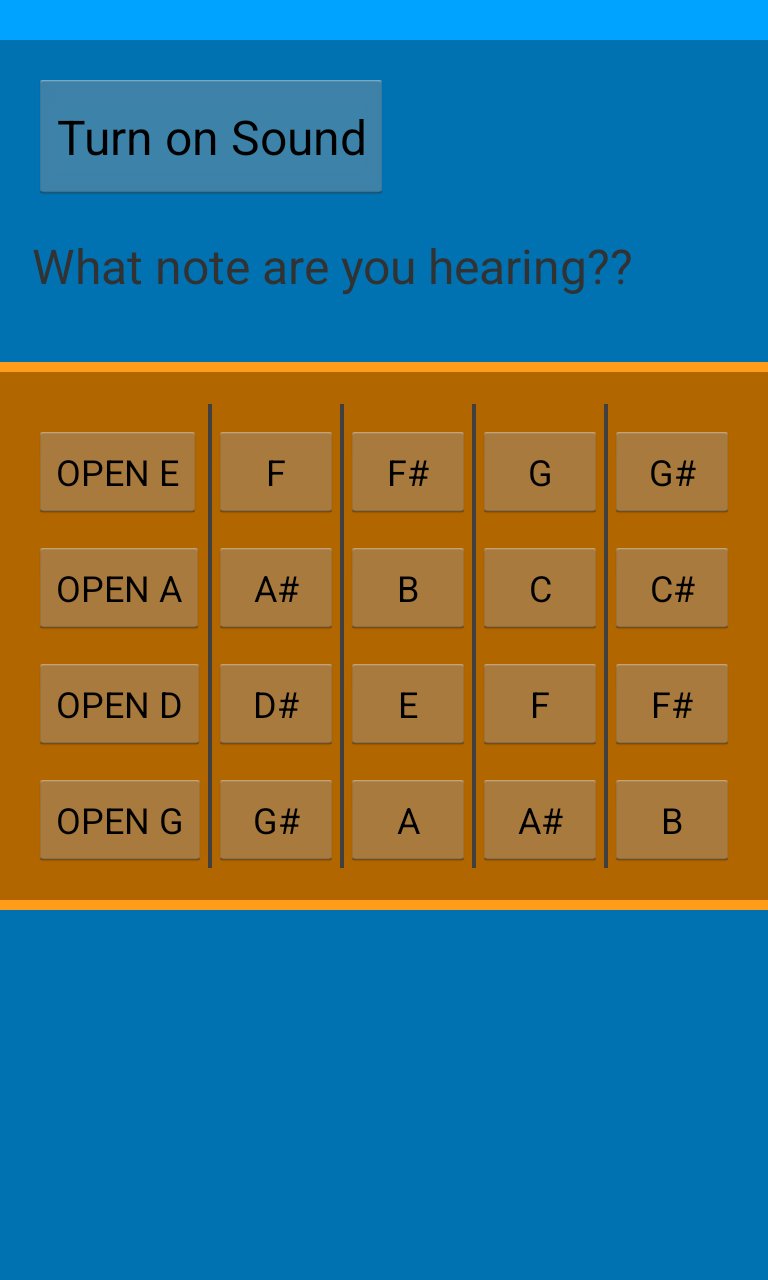
Repository: elliott-ribner/android-guitar-trainer
Layout: randomnotegenerator/res/layout/activity_main.xml
These files come from the project's save history. The layout is drawn as it stood at one moment and after the next save; the edit follows.
It is drawn on a 768 x 1280 px phone screen (xhdpi) without system bars, with theme AppTheme; the app's code is not run.

Above is the layout before, as saved 2014-06-09 01:06:18.

### randomnotegenerator/res/layout/activity_main.xml
<LinearLayout xmlns:android="http://schemas.android.com/apk/res/android"
    xmlns:tools="http://schemas.android.com/tools"
    android:layout_width="match_parent"
    android:layout_height="match_parent"
    android:background="#0072B2"
    android:orientation="vertical"
    tools:context="com.elliott.randomnotegenerator.MainActivity$PlaceholderFragment" >

    <LinearLayout
        android:layout_width="fill_parent"
        android:layout_height="20dip"
        android:background="#00A3FF"

        android:paddingBottom="@dimen/activity_vertical_margin"
        android:paddingLeft="@dimen/activity_horizontal_margin"
        android:paddingRight="@dimen/activity_horizontal_margin"
        android:paddingTop="@dimen/activity_vertical_margin" />
    <LinearLayout
        android:layout_width="fill_parent"
        android:layout_height="wrap_content"

        android:orientation="vertical"
        android:paddingBottom="@dimen/activity_vertical_margin"
        android:paddingLeft="@dimen/activity_horizontal_margin"
        android:paddingRight="@dimen/activity_horizontal_margin"
        android:paddingTop="@dimen/activity_vertical_margin" >

        <Button
            android:id="@+id/ButtonPlay"
            android:layout_width="wrap_content"
            android:layout_height="wrap_content"
            android:paddingBottom="@dimen/activity_vertical_margin"
            android:paddingTop="@dimen/activity_vertical_margin"
            android:text="@string/play"
            android:textSize="24sp" />

        <TextView
            android:id="@+id/promptBox"
            android:layout_width="wrap_content"
            android:layout_height="wrap_content"
            android:paddingBottom="@dimen/activity_vertical_margin"
            android:paddingTop="@dimen/activity_vertical_margin"
            android:text="@string/prompt"
            android:textSize="24sp" />
    </LinearLayout>
<LinearLayout
        android:layout_width="fill_parent"
        android:layout_height="5dip"
        android:background="#FF9C19"

        android:paddingBottom="@dimen/activity_vertical_margin"
        android:paddingLeft="@dimen/activity_horizontal_margin"
        android:paddingRight="@dimen/activity_horizontal_margin"
        android:paddingTop="@dimen/activity_vertical_margin" />

        <LinearLayout
            android:layout_width="fill_parent"
            android:layout_height="wrap_content"
             android:background="#B26600"
            android:orientation="horizontal"
            android:paddingBottom="@dimen/activity_vertical_margin"
        android:paddingLeft="@dimen/activity_horizontal_margin"
        android:paddingRight="@dimen/activity_horizontal_margin"
        android:paddingTop="@dimen/activity_vertical_margin"  >

            <LinearLayout
                android:layout_width="wrap_content"
                android:layout_height="wrap_content"
                android:orientation="vertical" >

                <Button
                    android:id="@+id/ButtonEL"
                    android:layout_width="wrap_content"
                    android:layout_height="wrap_content"
                    android:layout_marginTop="10dp"
                    android:text="@string/el" />

                <Button
                    android:id="@+id/ButtonAL"
                    android:layout_width="wrap_content"
                    android:layout_height="wrap_content"
                    android:layout_marginTop="10dp"
                    android:text="@string/al" />

                <Button
                    android:id="@+id/ButtonD"
                    android:layout_width="wrap_content"
                    android:layout_height="wrap_content"
                    android:layout_marginTop="10dp"
                    android:text="@string/d" />

                <Button
                    android:id="@+id/ButtonG"
                    android:layout_width="wrap_content"
                    android:layout_height="wrap_content"
                    android:layout_marginTop="10dp"
                    android:text="@string/g" />
            </LinearLayout>

            <View
                android:layout_width="2dip"
                android:layout_height="fill_parent"
                android:background="#404040" />

            <LinearLayout
                android:layout_width="wrap_content"
                android:layout_height="wrap_content"
                android:orientation="vertical" >

                <Button
                    android:id="@+id/ButtonFL"
                    android:layout_width="wrap_content"
                    android:layout_height="wrap_content"
                    android:layout_marginTop="10dp"
                    android:text="@string/fl" />

                <Button
                    android:id="@+id/ButtonASL"
                    android:layout_width="wrap_content"
                    android:layout_height="wrap_content"
                    android:layout_marginTop="10dp"
                    android:text="@string/asl" />

                <Button
                    android:id="@+id/ButtonDS"
                    android:layout_width="wrap_content"
                    android:layout_height="wrap_content"
                    android:layout_marginTop="10dp"
                    android:text="@string/ds" />

                <Button
                    android:id="@+id/ButtonGS"
                    android:layout_width="wrap_content"
                    android:layout_height="wrap_content"
                    android:layout_marginTop="10dp"
                    android:text="@string/gs" />
            </LinearLayout>

            <View
                android:layout_width="2dip"
                android:layout_height="fill_parent"
                android:background="#404040" />

            <LinearLayout
                android:layout_width="wrap_content"
                android:layout_height="wrap_content"
                android:orientation="vertical" >

                <Button
                    android:id="@+id/ButtonFSL"
                    android:layout_width="wrap_content"
                    android:layout_height="wrap_content"
                    android:layout_marginTop="10dp"
                    android:text="@string/fsl" />

                <Button
                    android:id="@+id/ButtonBL"
                    android:layout_width="wrap_content"
                    android:layout_height="wrap_content"
                    android:layout_marginTop="10dp"
                    android:text="@string/bl" />

                <Button
                    android:id="@+id/ButtonE"
                    android:layout_width="wrap_content"
                    android:layout_height="wrap_content"
                    android:layout_marginTop="10dp"
                    android:text="@string/e" />

                <Button
                    android:id="@+id/ButtonA"
                    android:layout_width="wrap_content"
                    android:layout_height="wrap_content"
                    android:layout_marginTop="10dp"
                    android:text="@string/a" />
            </LinearLayout>

            <View
                android:layout_width="2dip"
                android:layout_height="fill_parent"
                android:background="#404040" />

            <LinearLayout
                android:layout_width="wrap_content"
                android:layout_height="wrap_content"
                android:orientation="vertical" >

                <Button
                    android:id="@+id/ButtonGL"
                    android:layout_width="wrap_content"
                    android:layout_height="wrap_content"
                    android:layout_marginTop="10dp"
                    android:text="@string/gl" />

                <Button
                    android:id="@+id/ButtonC"
                    android:layout_width="wrap_content"
                    android:layout_height="wrap_content"
                    android:layout_marginTop="10dp"
                    android:text="@string/c" />

                <Button
                    android:id="@+id/ButtonF"
                    android:layout_width="wrap_content"
                    android:layout_height="wrap_content"
                    android:layout_marginTop="10dp"
                    android:text="@string/f" />

                <Button
                    android:id="@+id/ButtonAS"
                    android:layout_width="wrap_content"
                    android:layout_height="wrap_content"
                    android:layout_marginTop="10dp"
                    android:text="@string/as" />
            </LinearLayout>

            <View
                android:layout_width="2dip"
                android:layout_height="fill_parent"
                android:background="#404040" />

            <LinearLayout
                android:layout_width="wrap_content"
                android:layout_height="wrap_content"
                android:orientation="vertical" >

                <Button
                    android:id="@+id/ButtonGSL"
                    android:layout_width="wrap_content"
                    android:layout_height="wrap_content"
                    android:layout_marginTop="10dp"
                    android:text="@string/gsl" />

                <Button
                    android:id="@+id/ButtonCS"
                    android:layout_width="wrap_content"
                    android:layout_height="wrap_content"
                    android:layout_marginTop="10dp"
                    android:text="@string/cs" />

                <Button
                    android:id="@+id/ButtonFS"
                    android:layout_width="wrap_content"
                    android:layout_height="wrap_content"
                    android:layout_marginTop="10dp"
                    android:text="@string/fs" />

                <Button
                    android:id="@+id/ButtonB"
                    android:layout_width="wrap_content"
                    android:layout_height="wrap_content"
                    android:layout_marginTop="10dp"
                    android:text="@string/b" />
            </LinearLayout>

        </LinearLayout>

    <LinearLayout
        android:layout_width="fill_parent"
        android:layout_height="5dip"
        android:background="#FF9C19"

        android:paddingBottom="@dimen/activity_vertical_margin"
        android:paddingLeft="@dimen/activity_horizontal_margin"
        android:paddingRight="@dimen/activity_horizontal_margin"
        android:paddingTop="@dimen/activity_vertical_margin" />



         <LinearLayout
        android:layout_width="fill_parent"
        android:layout_height="wrap_content"
        android:orientation="vertical"

        android:paddingBottom="@dimen/activity_vertical_margin"
        android:paddingLeft="@dimen/activity_horizontal_margin"
        android:paddingRight="@dimen/activity_horizontal_margin"
        android:paddingTop="@dimen/activity_vertical_margin" >

        <TextView
            android:id="@+id/resultBox"
            android:layout_width="wrap_content"
            android:layout_height="wrap_content"
            android:text="@string/result"
            android:textSize="24sp" />
    </LinearLayout>

</LinearLayout>

### randomnotegenerator/res/values/strings.xml
<?xml version="1.0" encoding="utf-8"?>
<resources>

    <string name="app_name">Bass Guitar Ear Trainer</string>
    <string name="hello_world">Hello world!</string>
    <string name="action_settings">Settings</string>
	<string name="play">Turn on Sound</string>
	<string name="prompt">What note are you hearing??</string>
	<string name="result"></string>
	<string name="c">C</string>
	<string name="cs">C#</string>
	<string name="d">OPEN D</string>
	<string name="ds">D#</string>
	<string name="e">E</string>
	<string name="f">F</string>
	<string name="fs">F#</string>
	<string name="g">OPEN G</string>
	<string name="gs">G#</string>
	<string name="a"> A</string>
	<string name="as">A#</string>
	<string name="b">B</string>
	<string name="el">OPEN E</string>
	<string name="fl">F</string>
	<string name="fsl">F#</string>
	<string name="gl">G</string>
	<string name="gsl">G#</string>
	<string name="al">OPEN A</string>
	<string name="asl">A#</string>
	<string name="bl">B</string>

</resources>

Loaded but not shown: randomnotegenerator/res/values/styles.xml (common file); randomnotegenerator/res/values-v11/styles.xml (common file); randomnotegenerator/res/values-v14/styles.xml (common file); randomnotegenerator/res/values/dimens.xml (common file); randomnotegenerator/res/values-w820dp/dimens.xml (common file)

After the next save:
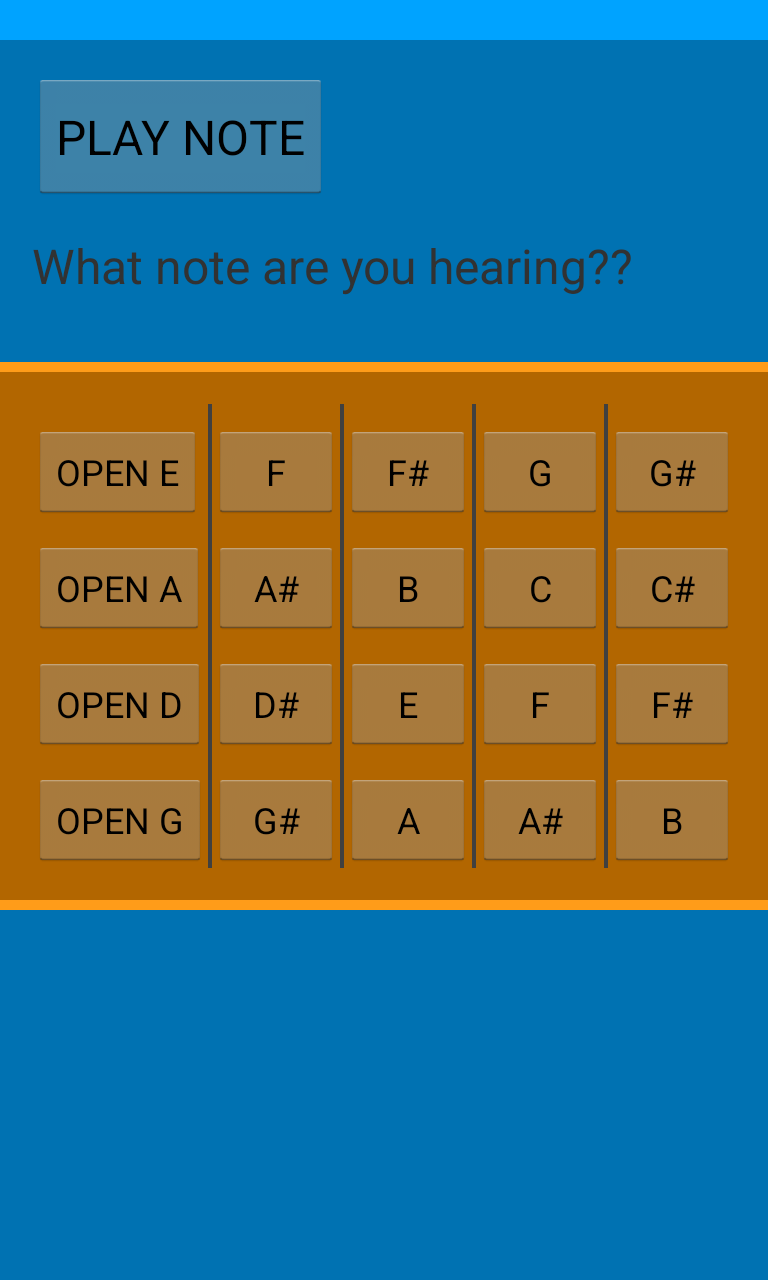
Saved 55 s later.
--- a/randomnotegenerator/res/values/strings.xml
+++ b/randomnotegenerator/res/values/strings.xml
@@ -4,7 +4,7 @@
     <string name="app_name">Bass Guitar Ear Trainer</string>
     <string name="hello_world">Hello world!</string>
     <string name="action_settings">Settings</string>
-	<string name="play">Turn on Sound</string>
+	<string name="play">PLAY NOTE</string>
 	<string name="prompt">What note are you hearing??</string>
 	<string name="result"></string>
 	<string name="c">C</string>
